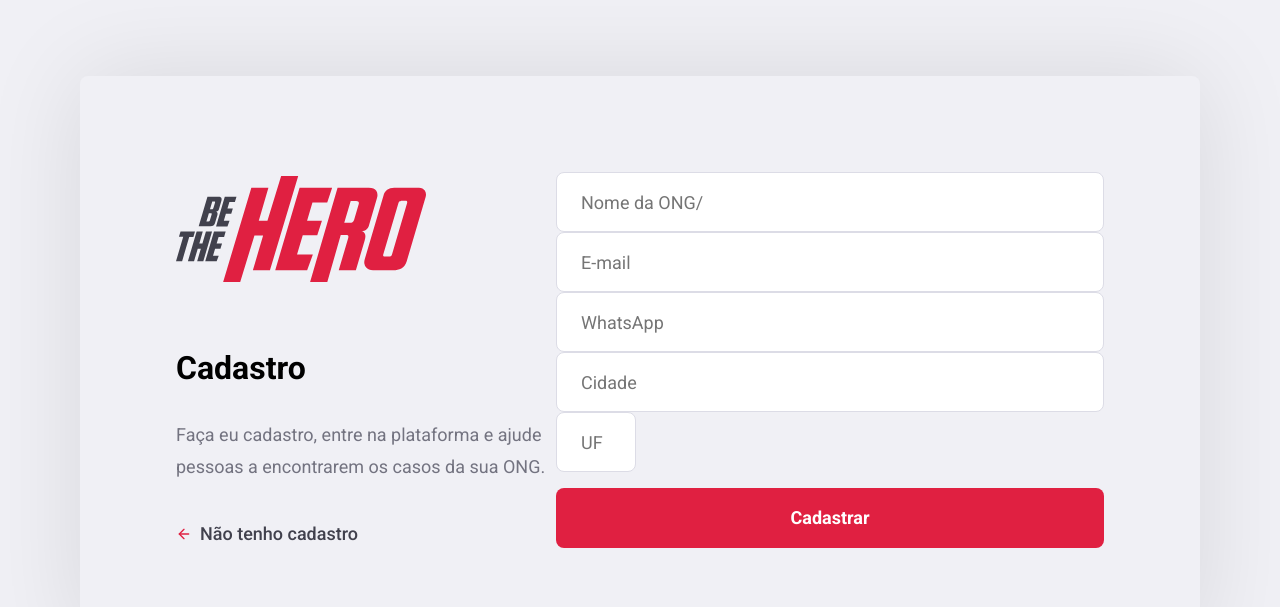
Repository: lucas-silva-dev/be-the-hero
Page: /register (app in frontend/)
An editor plug-in stored every save of this project. The page is shown before and after the next save, followed by the edit.
The browser window is 1280 px wide. The pictures show the whole page.
The project was rebuilt for these pictures with package versions that can differ from the ones it lists, and the page was loaded fresh each time. Also part of the build but not shown: frontend/src/pages/Logon/styles.css, frontend/src/pages/Logon/index.js.

Above is the page before, as saved 2020-03-25 23:01:30.

After the next save:
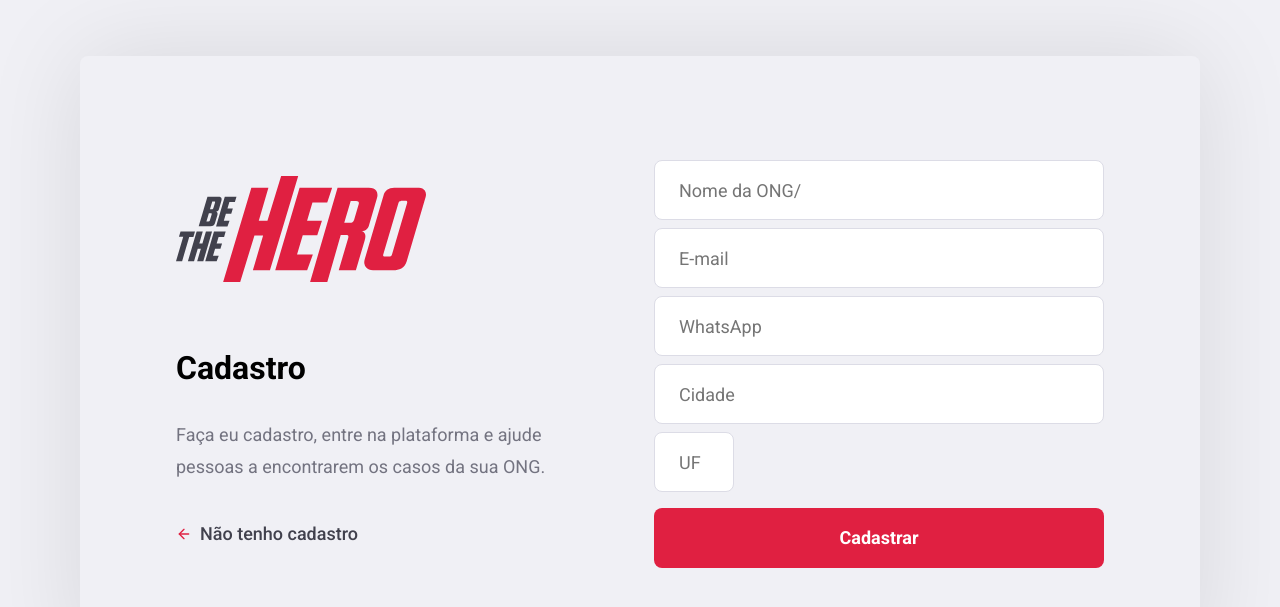
Saved 83 s later.
--- a/frontend/src/pages/Register/styles.css
+++ b/frontend/src/pages/Register/styles.css
@@ -36,3 +36,12 @@
   color: #737380;
   line-height: 32px;
 }
+
+.register-container .content form {
+  width: 100%;
+  max-width: 450px;
+}
+
+.register-container .content form input {
+  margin-top: 8px;
+}
